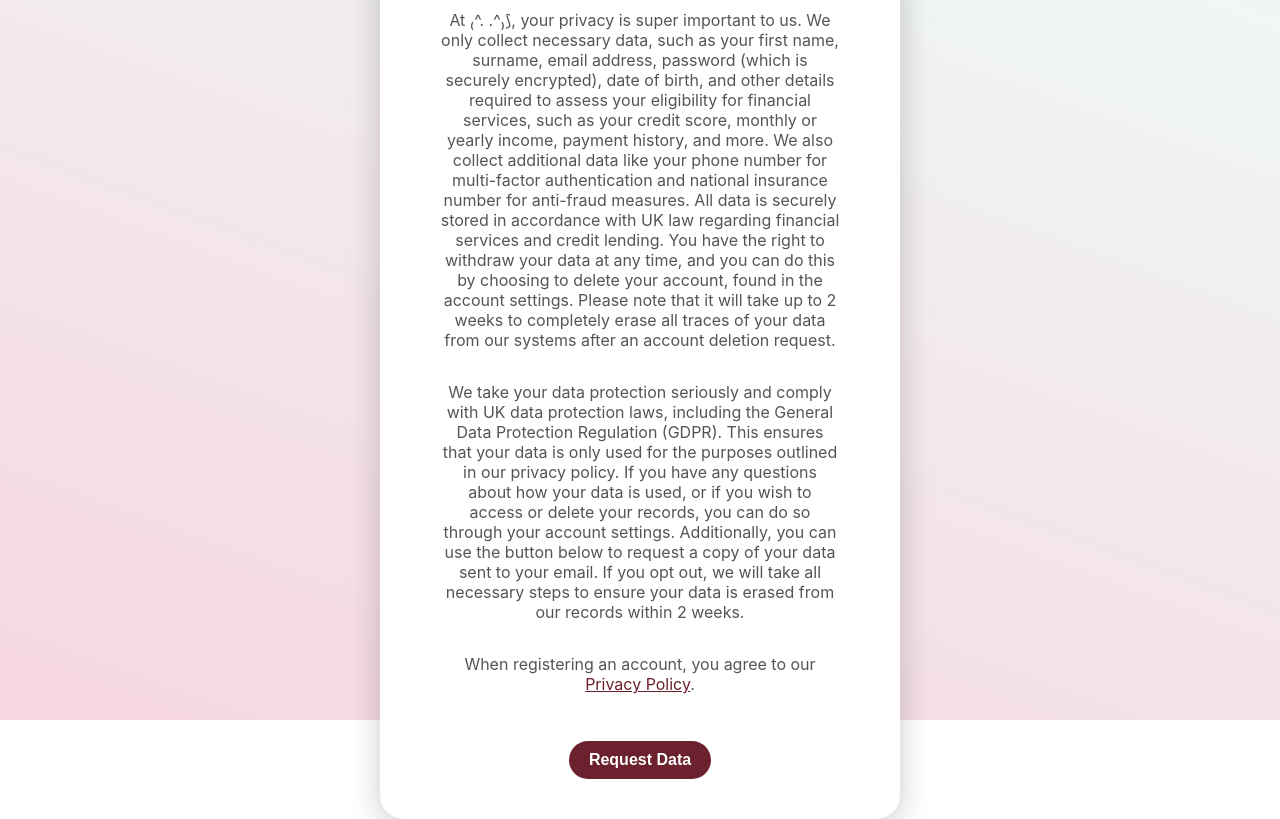
Repository: aab232/https---github.com-aab232-Deferred-Payment-Platform
Page: /privacy (app in frontend/)
The author's editor kept a copy of each file at every save. The page is drawn from the files as they stood at one save, then again after the next save.
The browser window is 1280 px wide. The pictures show the whole page.
The project was rebuilt for these pictures with package versions that can differ from the ones it lists, and the page was loaded fresh each time. Also part of the build but not shown: frontend/src/components/Home.js, frontend/src/components/Register.js, frontend/src/components/Login.js, frontend/src/components/Main.css, frontend/src/components/Main.js, frontend/src/components/BackButton.css, frontend/src/components/BackButton.js, frontend/src/components/Settings.js.

Above is the page before, as saved 2025-04-01 02:09:14.

### frontend/src/App.js
import React from 'react';
import { BrowserRouter as Router, Routes, Route } from 'react-router-dom';
import Home from './components/Home';
import Register from './components/Register';
import Login from './components/Login';
import Main from './components/Main';
import Settings from './components/Settings';
import Privacy from './components/Privacy';

const App = () => {
  return (
    <Router>
      <Routes>
        <Route path="/" element={<Home />} />
        <Route path="/login" element={<Login />} />
        <Route path="/register" element={<Register />} />
        <Route path="/main" element={<Main />} />
        <Route path="/settings" element={<Settings />} />
        <Route path="/privacy" element={<Privacy />} />
      </Routes>
    </Router>
  );
};

export default App;

### frontend/src/components/Privacy.js
import React from 'react';
import './Privacy.css'; // Make sure to import the CSS file

const Privacy = () => {
  return (
    <div className="container">
      <div className="form-card">
        <h2>Data Privacy</h2>

        <p>At ₍^. .^₎⟆, your privacy is super important to us. We only collect necessary data, such as your first name, surname, email address, password (which is securely encrypted), date of birth, and other details required to assess your eligibility for financial services, such as your credit score, monthly or yearly income, payment history, and more. We also collect additional data like your phone number for multi-factor authentication and national insurance number for anti-fraud measures. All data is securely stored in accordance with UK law regarding financial services and credit lending. You have the right to withdraw your data at any time, and you can do this by choosing to delete your account, found in the account settings. Please note that it will take up to 2 weeks to completely erase all traces of your data from our systems after an account deletion request.</p>

        <p>We take your data protection seriously and comply with UK data protection laws, including the General Data Protection Regulation (GDPR). This ensures that your data is only used for the purposes outlined in our privacy policy. If you have any questions about how your data is used, or if you wish to access or delete your records, you can do so through your account settings. Additionally, you can use the button below to request a copy of your data sent to your email. If you opt out, we will take all necessary steps to ensure your data is erased from our records within 2 weeks.</p>

        <p>When registering an account, you agree to our <span className="link">Privacy Policy</span>.</p>
        <button class="request-data-btn">Request Data</button>
      </div>
    </div>
  );
};

export default Privacy;

### frontend/src/components/Home.css
.container {
    display: flex;
    justify-content: center;
    align-items: center;
    height: 100vh; /* Full viewport height */
    background: linear-gradient(135deg, #252f3b, #252d3b); /* Elegant gradient */
  }

  .card {
    text-align: center;
    background: #fff;
    padding: 40px 60px;
    border-radius: 24px;
    box-shadow: 0 8px 32px rgba(0, 0, 0, 0.2);
    max-width: 350px;
    width: 100%;
  }

  h1 {
    margin-bottom: 16px;
    font-size: 28px;
    color: #252f3b;
  }

  p {
    margin-bottom: 32px;
    font-size: 16px;
    color: #555;
  }

  .button-group {
    display: flex;
    justify-content: space-between;
  }

  .btn {
    padding: 12px 24px;
    font-size: 16px;
    border: none;
    border-radius: 30px; /* Rounded buttons */
    cursor: pointer;
    transition: background 0.3s ease;
    color: white;
    background: #252f3b;
  }

  .btn:hover {
    background: #252f3b; /* Button hover effect */
  }

### frontend/src/components/Form.css
.container {
  display: flex;
  justify-content: center;
  align-items: center;
  height: 100vh;
  background: linear-gradient(200deg, #eff7f6, #F7D6E0);
}

.form-card {
  background: white;
  padding: 40px 60px;
  border-radius: 24px;
  box-shadow: 0 8px 32px rgba(0, 0, 0, 0.2);
  max-width: 400px;
  width: 100%;
  text-align: center;
}

h2 {
  color: #252f3b;
}

input {
  display: block;
  width: 100%;
  margin: 10px 0;
  padding: 12px;
  border: 1px solid #ddd;
  border-radius: 30px;
}

.btn {
  padding: 12px 24px;
  margin-top: 20px;
  border-radius: 30px;
  border: none;
  color: white;
  background: #6b212e;
  cursor: pointer;
}

.btn:hover {
  background: #a41b34;
}

.link {
  color: #6b212e;
  cursor: pointer;
}

### frontend/src/components/Settings.css
.settings-container {
  display: flex;
  flex-direction: column;
  align-items: center;
  padding: 40px 20px;
  background: #f8f9fa;
  min-height: 100vh;
}

h1 {
  color: #343a40;
  margin-bottom: 20px;
}

.menu {
  display: flex;
  gap: 20px;
  margin-bottom: 40px;
}

.menu button {
  padding: 10px 20px;
  border: none;
  border-radius: 8px;
  cursor: pointer;
  transition: background 0.3s ease;
  font-weight: bold;
  background: #007bff;
  color: white;
}

.menu .danger {
  background: #dc3545;
}

.menu button:hover {
  opacity: 0.8;
}

/* Dropdown styling */
.dropdown {
  display: flex;
  flex-direction: column;
  gap: 10px;
  margin-top: 20px;
}

.dropdown button {
  padding: 8px 16px;
  border: none;
  border-radius: 8px;
  background: #6c757d;
  color: white;
  cursor: pointer;
  transition: background 0.3s ease;
}

.dropdown button:hover {
  background: #495057;
}

/* Section Styling */
.section {
  width: 100%;
  max-width: 600px;
  background: white;
  padding: 30px;
  border-radius: 16px;
  box-shadow: 0 8px 24px rgba(0, 0, 0, 0.1);
  margin-top: 20px;
}

h2 {
  color: #495057;
  margin-bottom: 20px;
}

input {
  width: 100%;
  padding: 12px;
  margin-bottom: 15px;
  border: 1px solid #ced4da;
  border-radius: 8px;
  font-size: 14px;
}

button {
  padding: 12px 20px;
  border: none;
  border-radius: 8px;
  cursor: pointer;
  background: #28a745;
  color: white;
  font-weight: bold;
}

button:hover {
  opacity: 0.9;
}

.info {
  margin-top: 20px;
  color: #6c757d;
}

### frontend/src/components/Privacy.css

.container {
    display: flex;
    justify-content: center;
    align-items: center;
    height: 100vh;
    background: linear-gradient(200deg, #eff7f6, #F7D6E0);
  }


  .form-card {
    background: white;
    padding: 40px 60px;
    border-radius: 24px;
    box-shadow: 0 8px 32px rgba(0, 0, 0, 0.2);
    max-width: 400px;
    width: 100%;
    text-align: center;
  }


  h2 {
    color: #252f3b;
    font-size: 24px;
    margin-bottom: 20px;
  }

  .btn {
    padding: 12px 24px;
    margin-top: 20px;
    border-radius: 30px;
    border: none;
    color: white;
    background: #6b212e;
    cursor: pointer;
  }

  .btn:hover {
    background: #a41b34;
  }

  .link {
    color: #6b212e;
    cursor: pointer;
    text-decoration: underline;
  }

  .link:hover {
    color: #a41b34;
  }

  .privacy-container {
    text-align: center;
    margin-top: 20px;
  }

  .request-data-btn {
    padding: 10px 20px;
    margin-top: 15px;
    background-color: #6b212e;
    color: white;
    border: none;
    border-radius: 30px;
    cursor: pointer;
    font-size: 16px;
  }

  .request-data-btn:hover {
    background-color: #a41b34;
  }

Loaded but not shown: frontend/public/index.html (common file); frontend/src/index.js (common file); frontend/src/index.css (common file)

After the next save:
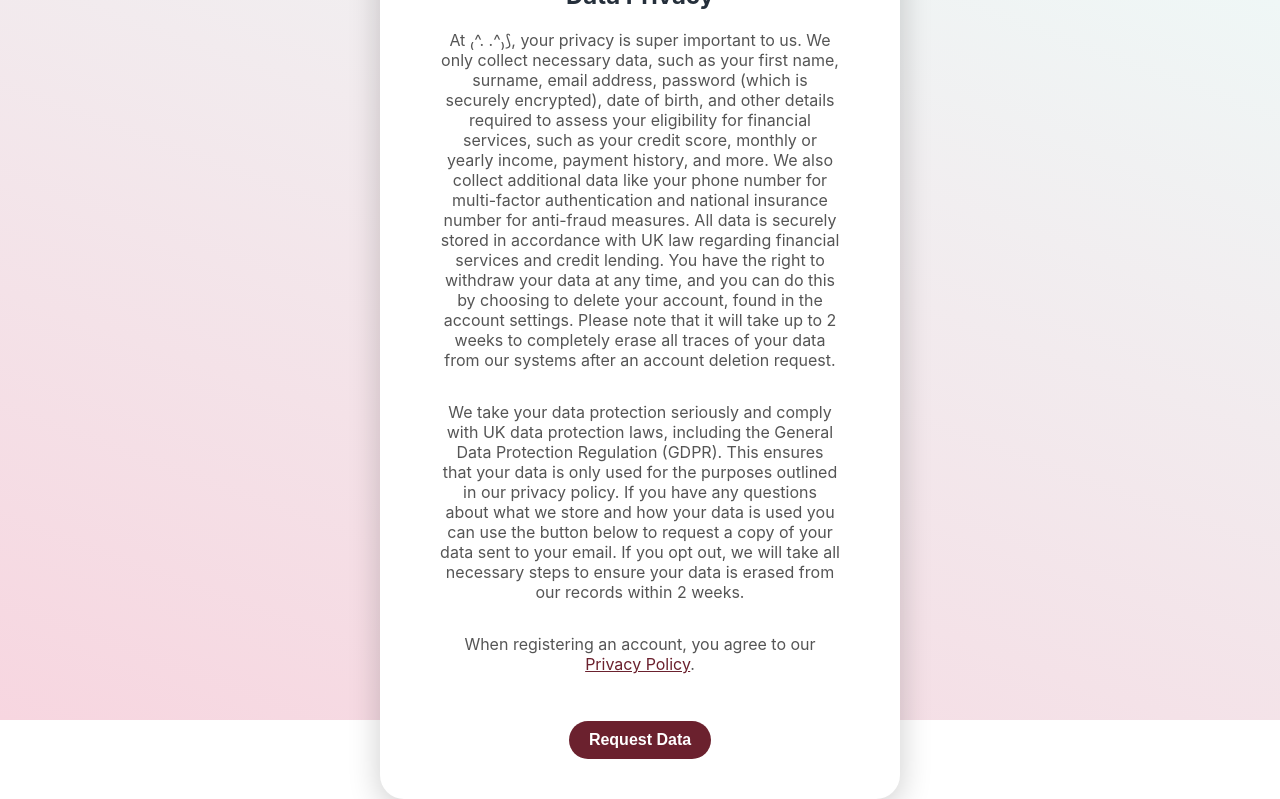
Saved 2 min 19 s later.
--- a/frontend/src/components/Privacy.js
+++ b/frontend/src/components/Privacy.js
@@ -9,7 +9,7 @@ const Privacy = () => {
 
         <p>At ₍^. .^₎⟆, your privacy is super important to us. We only collect necessary data, such as your first name, surname, email address, password (which is securely encrypted), date of birth, and other details required to assess your eligibility for financial services, such as your credit score, monthly or yearly income, payment history, and more. We also collect additional data like your phone number for multi-factor authentication and national insurance number for anti-fraud measures. All data is securely stored in accordance with UK law regarding financial services and credit lending. You have the right to withdraw your data at any time, and you can do this by choosing to delete your account, found in the account settings. Please note that it will take up to 2 weeks to completely erase all traces of your data from our systems after an account deletion request.</p>
 
-        <p>We take your data protection seriously and comply with UK data protection laws, including the General Data Protection Regulation (GDPR). This ensures that your data is only used for the purposes outlined in our privacy policy. If you have any questions about how your data is used, or if you wish to access or delete your records, you can do so through your account settings. Additionally, you can use the button below to request a copy of your data sent to your email. If you opt out, we will take all necessary steps to ensure your data is erased from our records within 2 weeks.</p>
+        <p>We take your data protection seriously and comply with UK data protection laws, including the General Data Protection Regulation (GDPR). This ensures that your data is only used for the purposes outlined in our privacy policy. If you have any questions about what we store and how your data is used you can use the button below to request a copy of your data sent to your email. If you opt out, we will take all necessary steps to ensure your data is erased from our records within 2 weeks.</p>
 
         <p>When registering an account, you agree to our <span className="link">Privacy Policy</span>.</p>
         <button class="request-data-btn">Request Data</button>
